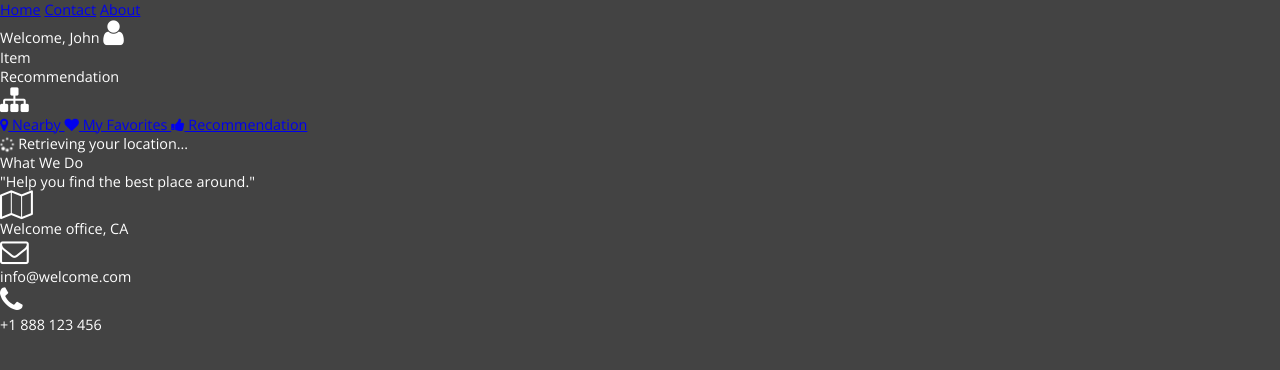
Repository: aidenmei/item_recommedation
Page: http://localhost/Jupiter/
These files come from the project's save history. The page is drawn as it stood at one moment and after the next save; the edit follows.
The browser window is 1280 px wide. The pictures show the whole page.
Some web libraries are served in a nearby version. The page is served by Tomcat 10.

Above is the page before, as saved 2022-06-26 02:09:30.

After the next save:
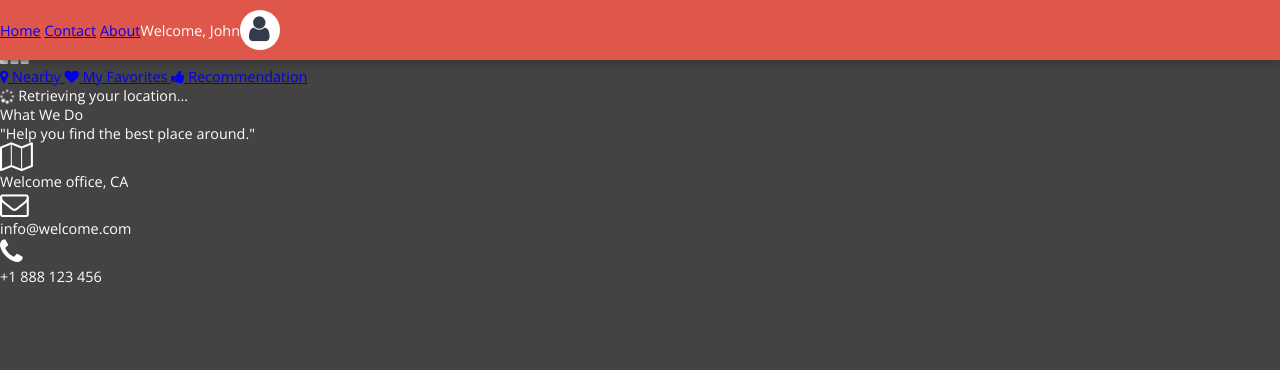
Saved 2 min 46 s later.
--- a/Jupiter/src/main/webapp/styles/main.css
+++ b/Jupiter/src/main/webapp/styles/main.css
@@ -16,3 +16,29 @@ body {
 ul {
 	list-style: none;
 }
+
+/*  step2: top header */
+
+/* 2.1 header */
+.top-header {
+	align-items: center;
+	background: #DF574B;
+	box-shadow: 0px 2px 10px #333333;
+	display: flex;
+	height: 60px;
+	position: fixed;
+	top: 0;
+	width: 100%;
+	z-index: 1;
+}
+
+.avatar {
+	background: #FFFFFF;
+	border-radius: 50%;
+	color: #333C4D;
+	height: 40px;
+	margin-right: 20px;
+	padding-left: 9px;
+	padding-top: 5px;
+	width: 40px;
+}
